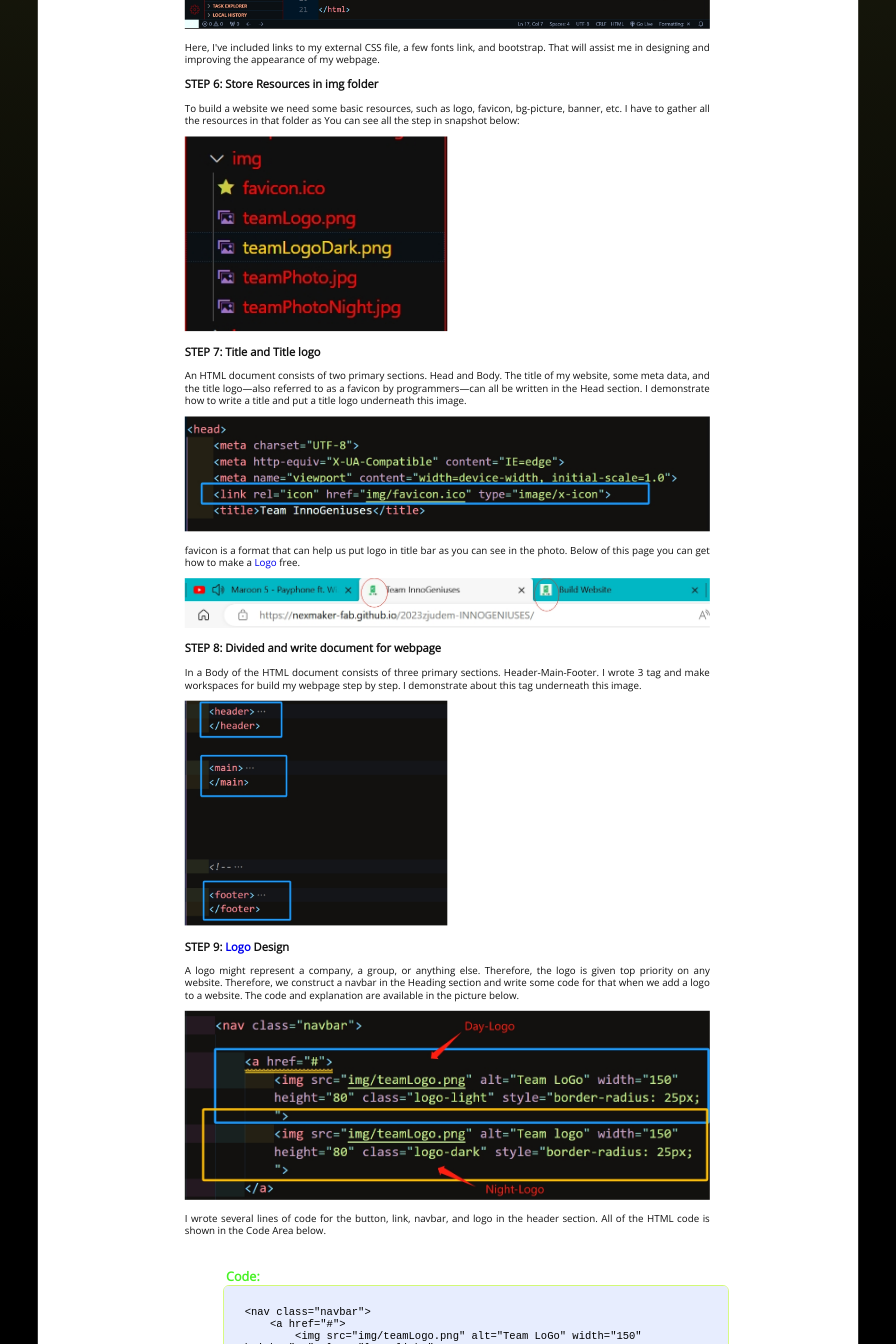
Repository: NexMaker-Fab/2023zjudem-INNOGENIUSES
Page: build web/page1.html
The author's editor kept a copy of each file at every save. The page is drawn from the files as they stood at one save, then again after the next save.
The browser window is 1280 px wide. The pictures show the part of the page from y = 4580 to 6500 px (the page is 10660 px tall before and 10195 px after), at 70% of full size.
An inner scrolling area shows only its first screen.

Above is the page before, as saved 2023-11-27 02:33:42.

After the next save:
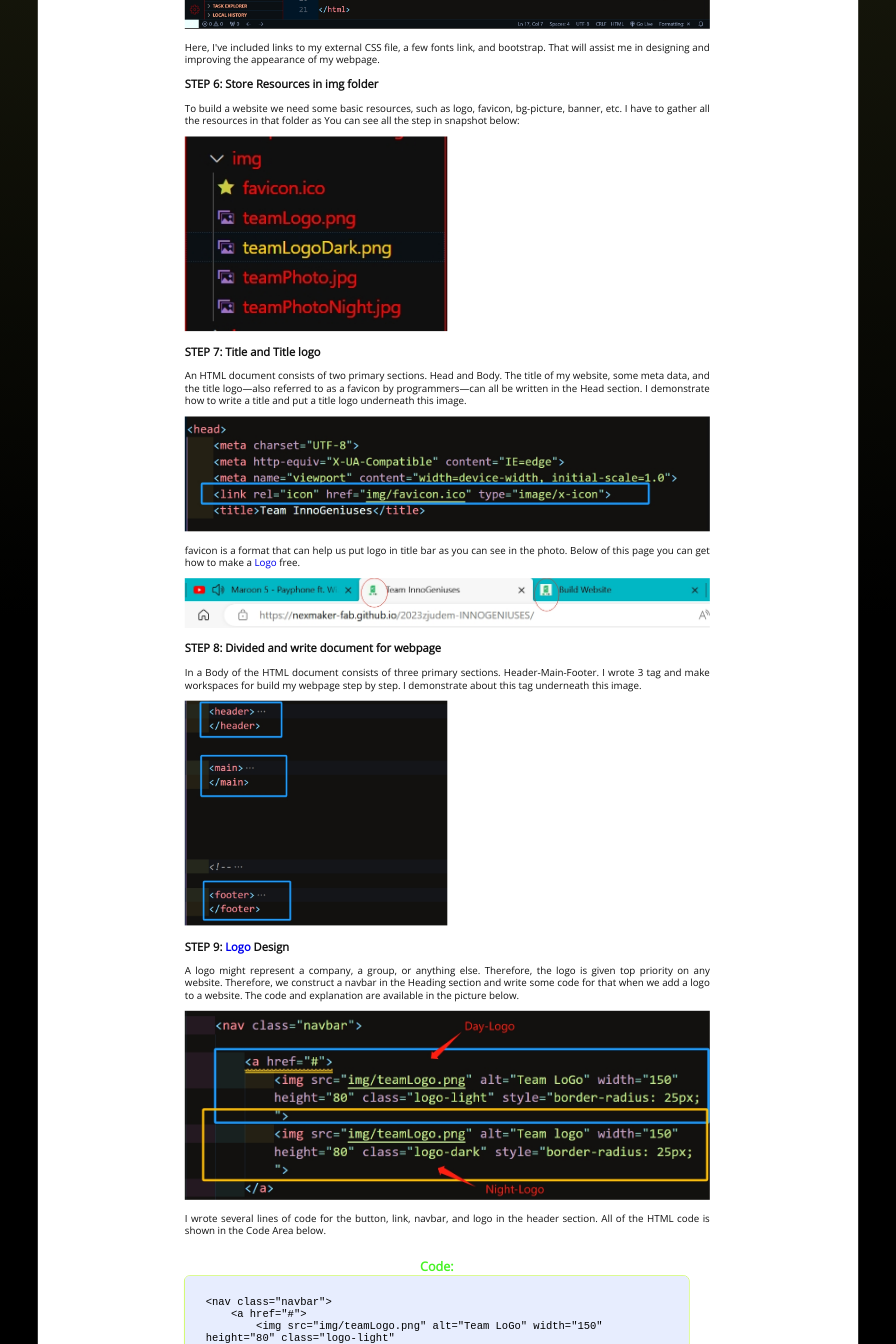
Saved 17 s later.
--- a/build web/styles.css
+++ b/build web/styles.css
@@ -430,7 +430,7 @@ ul#topnav li a:hover {
 
 /* CodeBox CSS */
 
-.text-boxes {
+.text-box {
     height: 100%;
     width: 100%;
     display: flex;
